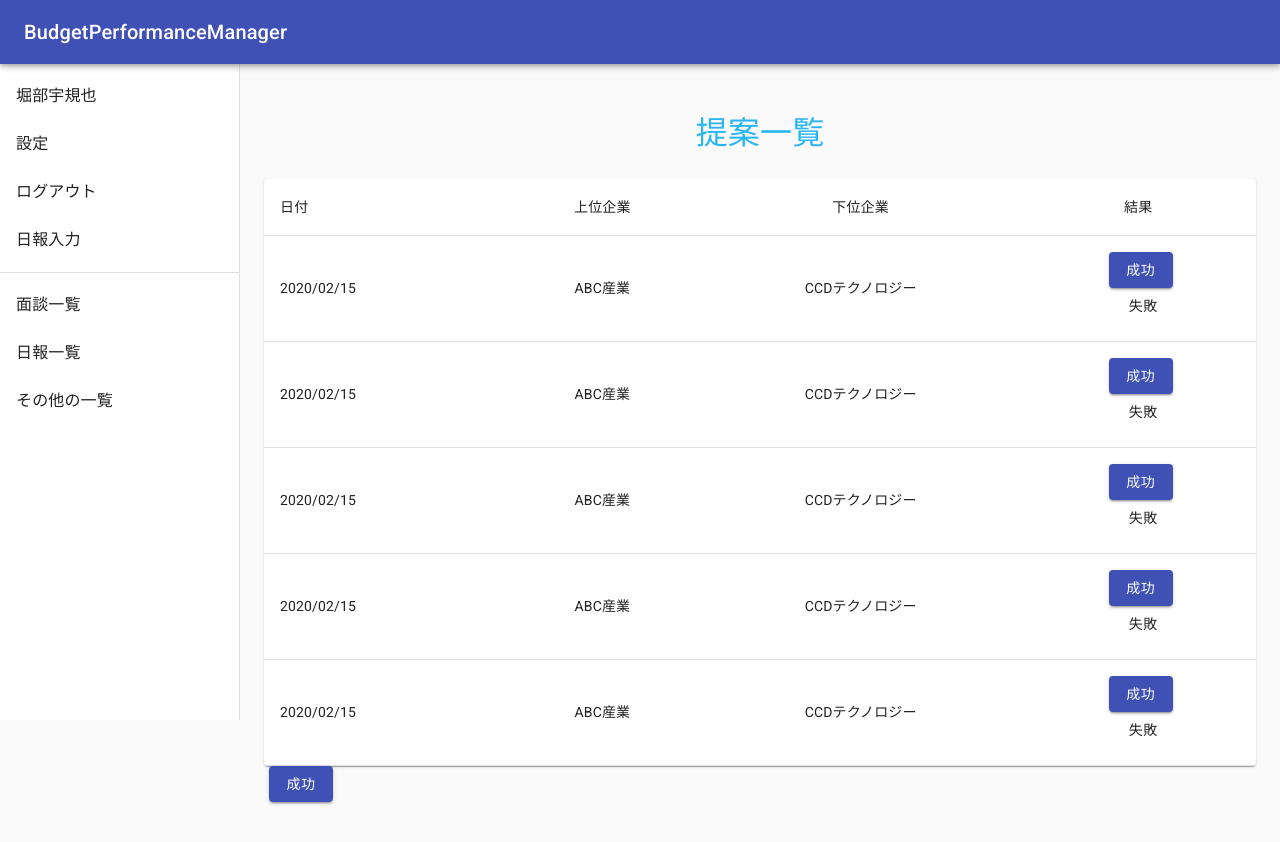
Repository: ukiyah/test
Page: / (app in src/)
An editor plug-in stored every save of this project. The page is shown before and after the next save, followed by the edit.
The browser window is 1280 px wide. The pictures show the whole page.
The project was rebuilt for these pictures with package versions that can differ from the ones it lists, and the page was loaded fresh each time. Also part of the build but not shown: src/material-dashboard-react.js, src/Navbars/ref_AdminNavbarLinks/customInputStyle.js, src/Navbars/ref_AdminNavbarLinks/CustomInput.js, src/Navbars/ref_AdminNavbarLinks/buttonStyle.js, src/Navbars/ref_AdminNavbarLinks/Button.js, src/Navbars/ref_AdminNavbarLinks/dropdownStyle.js, src/Navbars/ref_AdminNavbarLinks/headerLinksStyle.js, src/Navbars/AdminNavbarLinks.js and 4 more.

Above is the page before, as saved 2020-02-21 11:44:24.

After the next save:
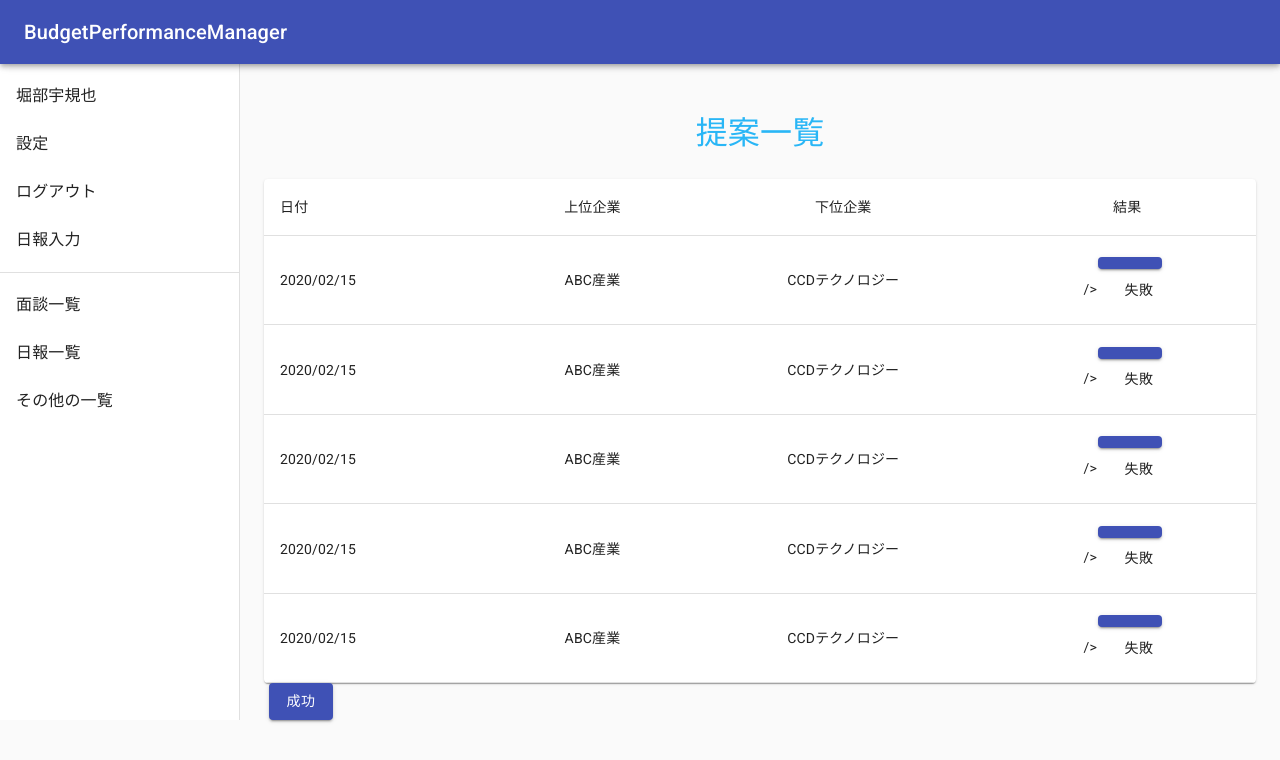
Saved 38 s later.
--- a/src/Table.js
+++ b/src/Table.js
@@ -53,7 +53,7 @@ export default function SimpleTable() {
               <TableCell align="center">{row.fat}</TableCell>
 
               <TableCell align="center">
-                <ContainedButtons name="成功"/>
+                <ContainedButtons >成功</ContainedButtons>/>
                 {/* <Button className="button" variant="contained" color="primary" variant="contained" color="primary" disableElevation>成功</Button> */}
                 <Button  style={{marginLeft: 10}}>失敗</Button>
               </TableCell>
